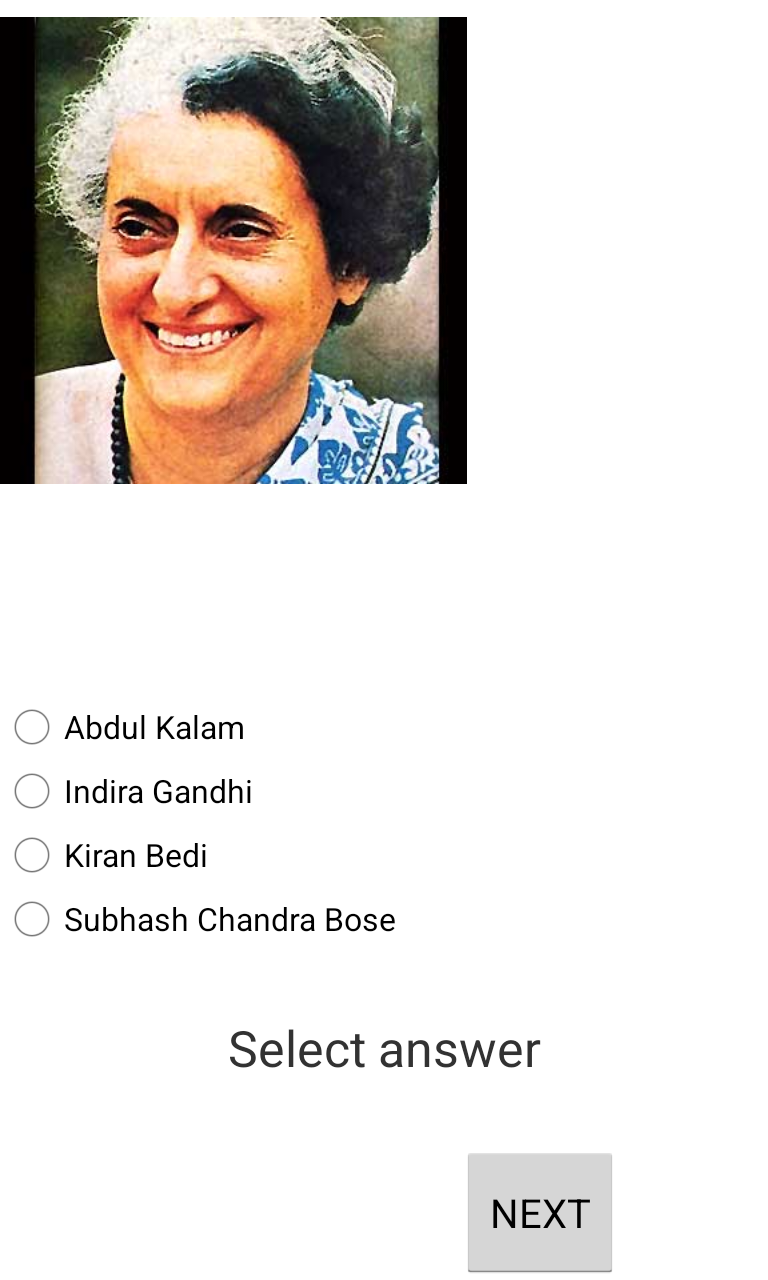
Repository: rupaligarje123/aakash
Layout: androidphotoquiz/FunChem1/photoquiz/res/layout/que6.xml
An editor plug-in stored every save of this project. The layout is shown before and after the next save, followed by the edit.
It is drawn on a 768 x 1280 px phone screen (xhdpi) without system bars, with theme AppTheme; the app's code is not run.

Above is the layout before, as saved 2013-04-18 08:38:18.

After the next save:
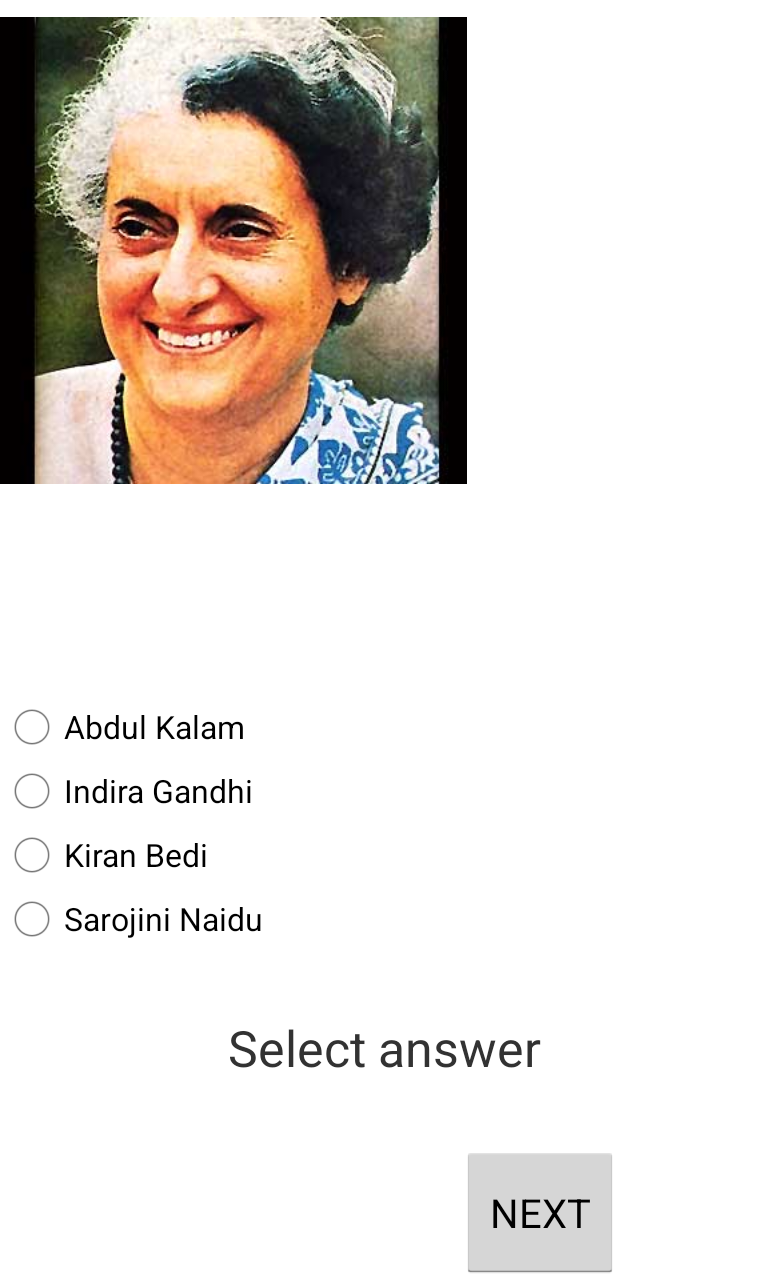
Saved 55 s later.
--- a/androidphotoquiz/FunChem1/photoquiz/res/layout/que6.xml
+++ b/androidphotoquiz/FunChem1/photoquiz/res/layout/que6.xml
@@ -51,7 +51,7 @@
         android:layout_width="match_parent"
         android:layout_height="0dp"
         android:layout_weight="1"
-        android:text="Subhash Chandra Bose " />
+        android:text="Sarojini Naidu " />
     </RadioGroup>
    <TextView
         android:id="@+id/tvr6"
